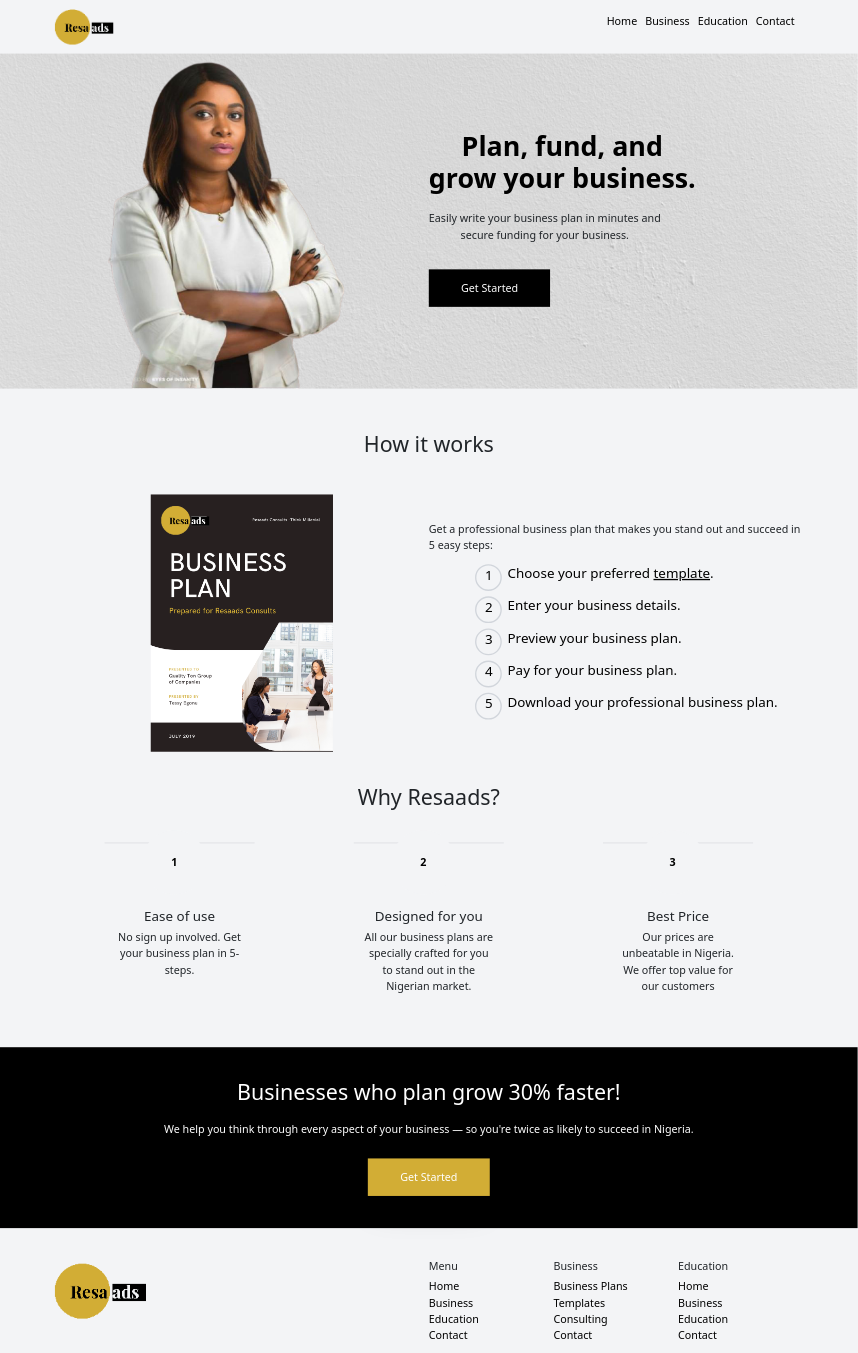
Repository: latenightsnacc/resaads-consults
Page: index.html
The author's editor kept a copy of each file at every save. The page is drawn from the files as they stood at one save, then again after the next save.
The browser window is 1280 px wide. The pictures show the whole page, at 67% of full size.
Some web libraries are served in a nearby version.

Above is the page before, as saved 2021-08-05 13:53:35.

After the next save:
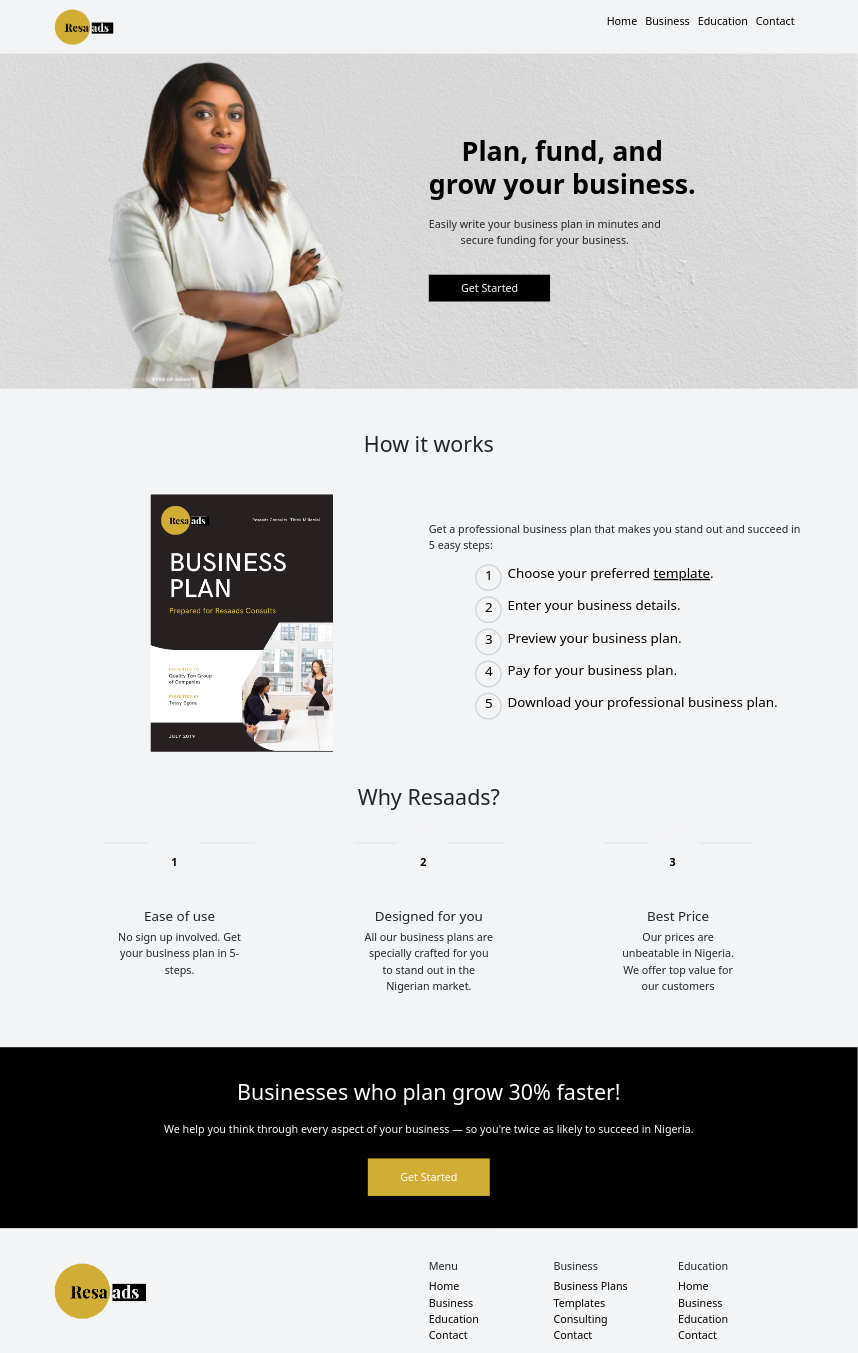
Saved 10 s later.
--- a/index.html
+++ b/index.html
@@ -72,7 +72,7 @@
                         </h1>
                         <p class="text-center py-2 md:text-left">Easily write your business plan in minutes and <br/>secure funding for your business. </p>
                         <a href="#" class="no-underline hover:no-underline my-3 md:my-0">
-                            <button class="bg-black text-white py-3 px-5">Get Started</button>
+                            <button class="bg-black text-white py-2 px-5">Get Started</button>
                         </a>
                     </div>
                 </div>
